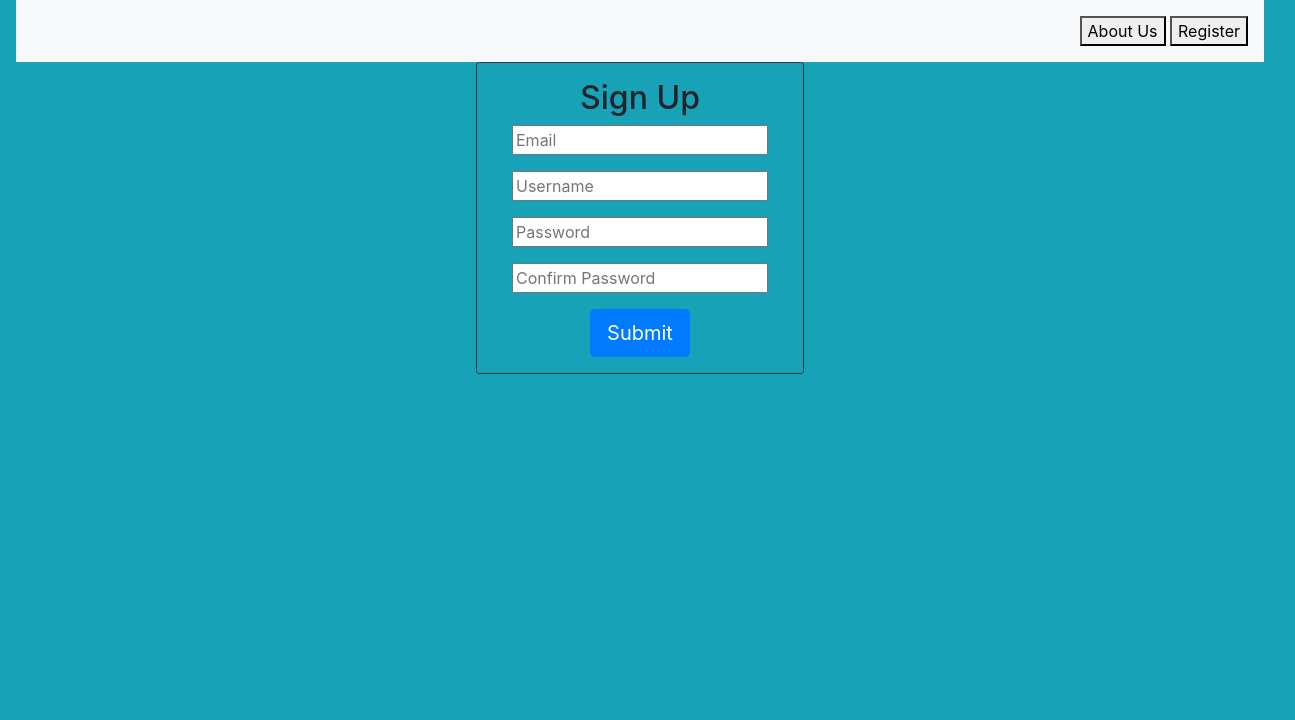
Repository: rodwestmoreland/1150
Page: registrationForm/index.html
An editor plug-in stored every save of this project. The page is shown before and after the next save, followed by the edit.
The browser window is 1280 px wide. The page is 1295 px wide, so the pictures cover 1295 px, including what lies to the right of the window. The pictures show the whole page.

Above is the page before, as saved 2021-01-25 14:50:05.

### registrationForm/index.html
<!DOCTYPE html>
<html lang="en">
<head>
    <meta charset="UTF-8">
    <meta name="viewport" content="width=device-width, initial-scale=1.0,  shrink-to-fit=no">
    <title>Registration</title>
    <link rel="stylesheet" href="https://stackpath.bootstrapcdn.com/bootstrap/4.3.1/css/bootstrap.min.css" integrity="sha384-ggOyR0iXCbMQv3Xipma34MD+dH/1fQ784/j6cY/iJTQUOhcWr7x9JvoRxT2MZw1T" crossorigin="anonymous">
    <link rel="stylesheet" href="style.css">

</head>
<nav class="bg-light p-3 ml-3 mr-3 text-right">
    <button>About Us    </button>
    <button>Register    </button>
</nav>
<body class="bg-info">

    <div class="row h-100 justify-content-center align-items-center  ">

    <form class="bg-info m-auto text-center border w-25 p-3 border-dark rounded-sm ">



        <h2>Sign Up</h2>

    <div class="form-group">
        <input type="text" id="email"    placeholder="Email">

    </div>

    <div class="form-group">
        <input type="text" id="username" placeholder="Username">

    </div>
    <div class="form-group">

        <input type="text" id="password" placeholder="Password">
    </div>

    <div class="form-group">

        <input type="text" id="confirm"  placeholder="Confirm Password">
    </div>
            <button type="submit" class="btn btn-primary btn-lg" name="Submit">Submit</button>
    </div>

    </form>

</div>

    <script src="https://code.jquery.com/jquery-3.3.1.slim.min.js" integrity="sha384-q8i/X+965DzO0rT7abK41JStQIAqVgRVzpbzo5smXKp4YfRvH+8abtTE1Pi6jizo" crossorigin="anonymous"></script>
    <script src="https://cdnjs.cloudflare.com/ajax/libs/popper.js/1.14.7/umd/popper.min.js" integrity="sha384-UO2eT0CpHqdSJQ6hJty5KVphtPhzWj9WO1clHTMGa3JDZwrnQq4sF86dIHNDz0W1" crossorigin="anonymous"></script>
    <script src="https://stackpath.bootstrapcdn.com/bootstrap/4.3.1/js/bootstrap.min.js" integrity="sha384-JjSmVgyd0p3pXB1rRibZUAYoIIy6OrQ6VrjIEaFf/nJGzIxFDsf4x0xIM+B07jRM" crossorigin="anonymous"></script>
  </body>
</body>
</html>

Loaded but not shown: registrationForm/style.css (no stored copy; drawn as an empty file)

After the next save:
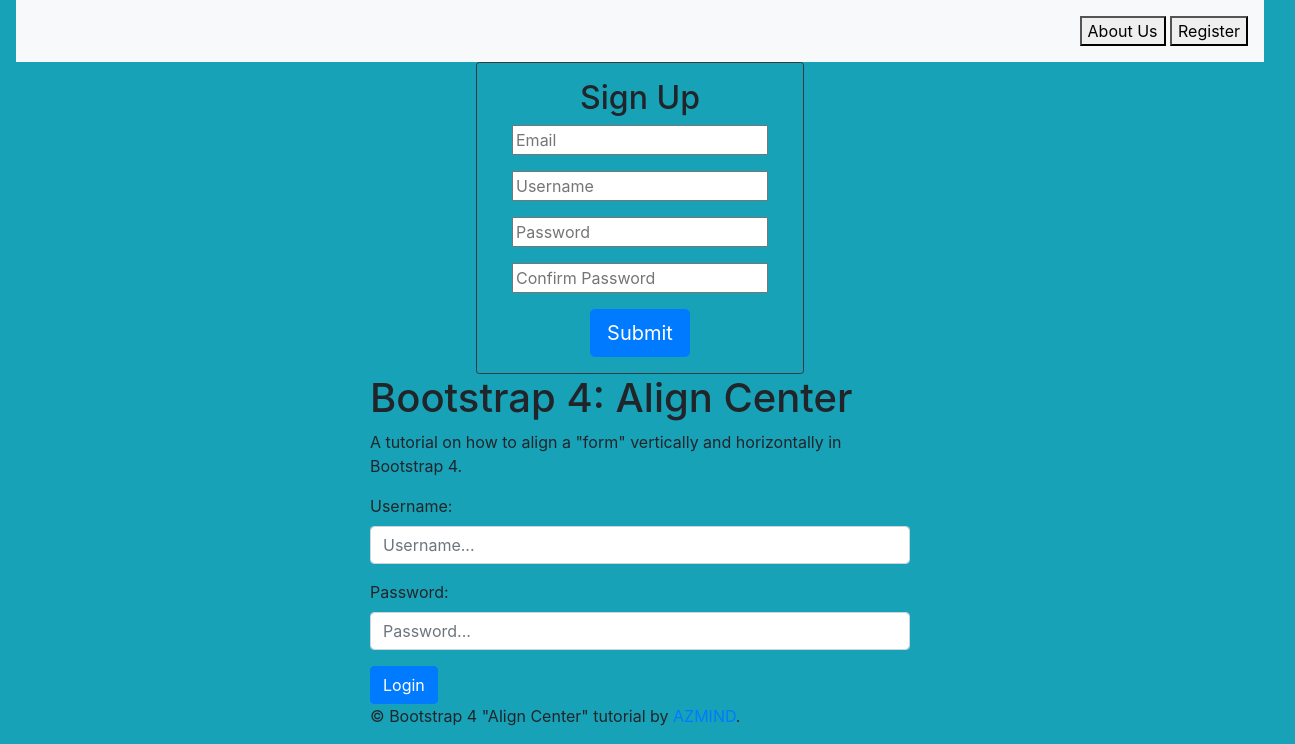
Saved 54 s later.
--- a/registrationForm/index.html
+++ b/registrationForm/index.html
@@ -47,6 +47,31 @@
 
 </div>
 
+<div class="container h-100">
+    <div class="row h-100 justify-content-center align-items-center">
+        <div class="col-10 col-md-8 col-lg-6">
+            <!-- Form -->
+            <form class="form-example" action="" method="post">
+                <h1>Bootstrap 4: Align Center</h1>
+                <p class="description">A tutorial on how to align a "form" vertically and horizontally in Bootstrap 4.</p>
+                <!-- Input fields -->
+                <div class="form-group">
+                    <label for="username">Username:</label>
+                    <input type="text" class="form-control username" id="username" placeholder="Username..." name="username">
+                </div>
+                <div class="form-group">
+                    <label for="password">Password:</label>
+                    <input type="password" class="form-control password" id="password" placeholder="Password..." name="password">
+                </div>
+                <button type="submit" class="btn btn-primary btn-customized">Login</button>
+                <!-- End input fields -->
+                <p class="copyright">&copy; Bootstrap 4 "Align Center" tutorial by <a href="https://azmind.com">AZMIND</a>.</p>
+            </form>
+            <!-- Form end -->
+        </div>
+    </div>
+</div>
+
     <script src="https://code.jquery.com/jquery-3.3.1.slim.min.js" integrity="sha384-q8i/X+965DzO0rT7abK41JStQIAqVgRVzpbzo5smXKp4YfRvH+8abtTE1Pi6jizo" crossorigin="anonymous"></script>
     <script src="https://cdnjs.cloudflare.com/ajax/libs/popper.js/1.14.7/umd/popper.min.js" integrity="sha384-UO2eT0CpHqdSJQ6hJty5KVphtPhzWj9WO1clHTMGa3JDZwrnQq4sF86dIHNDz0W1" crossorigin="anonymous"></script>
     <script src="https://stackpath.bootstrapcdn.com/bootstrap/4.3.1/js/bootstrap.min.js" integrity="sha384-JjSmVgyd0p3pXB1rRibZUAYoIIy6OrQ6VrjIEaFf/nJGzIxFDsf4x0xIM+B07jRM" crossorigin="anonymous"></script>
